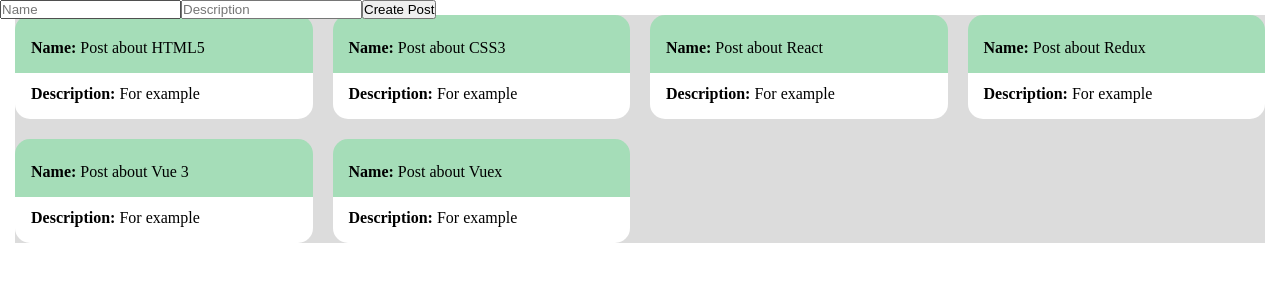
Repository: Axeliriya/vue-todo
Page: /
These files come from the project's save history. The page is drawn as it stood at one moment and after the next save; the edit follows.
The browser window is 1280 px wide. The pictures show the whole page.
The project was rebuilt for these pictures with package versions that can differ from the ones it lists, and the page was loaded fresh each time. Also part of the build but not shown: vue.config.js.

Above is the page before, as saved 2022-04-01 17:14:27.

After the next save:
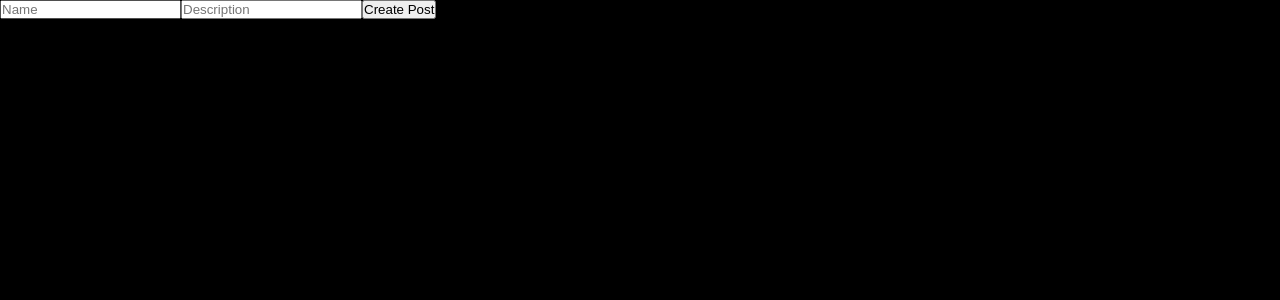
Saved 35 s later.
--- a/src/App.vue
+++ b/src/App.vue
@@ -63,6 +63,7 @@
   left: 0;
   width: 100%;
   height: 100vh;
+  background-color: rgb(0, 0, 0);
 }
 
 .posts {
